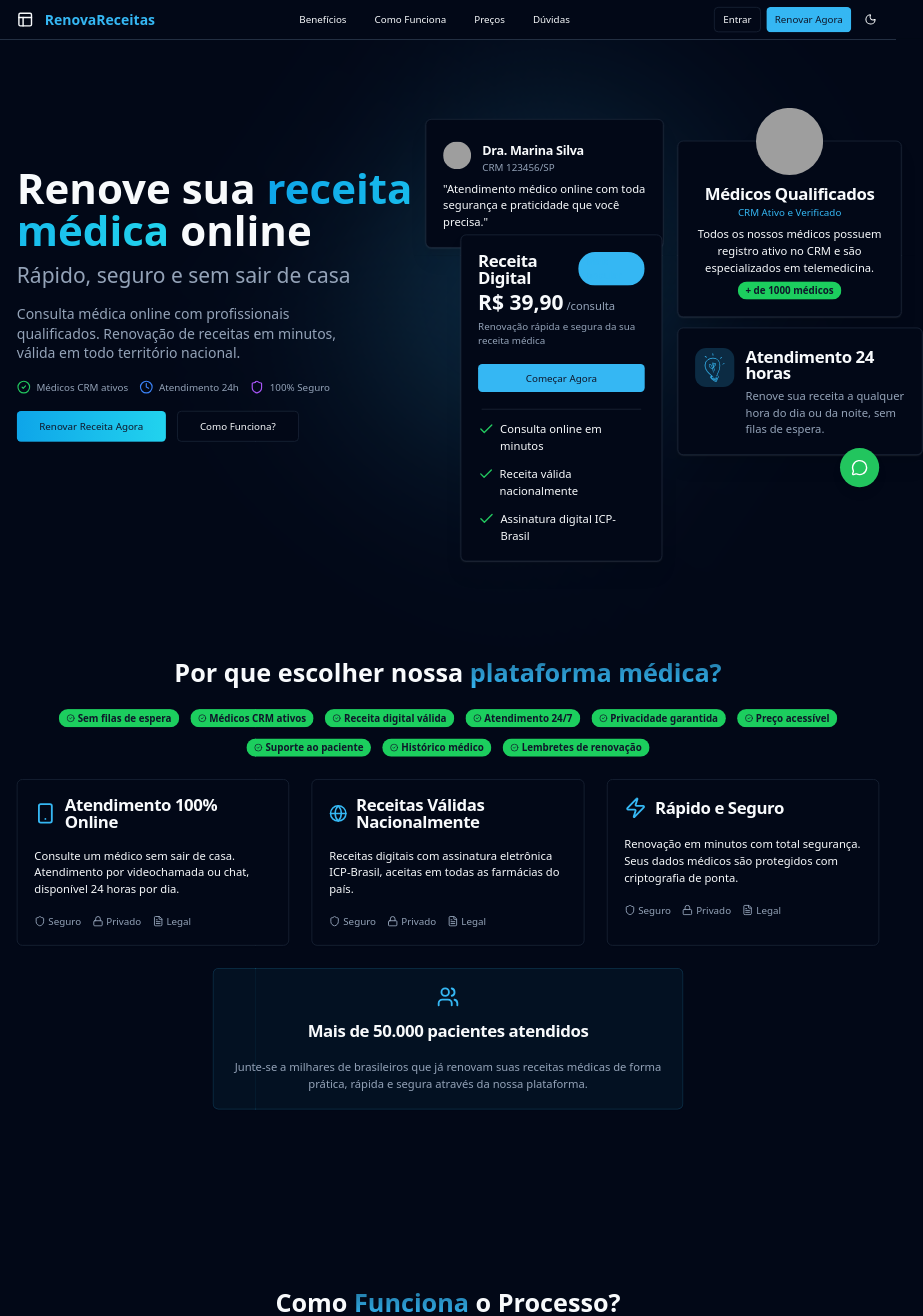
Repository: xoiurp/saude-digital
Page: /
These files come from the project's save history. The page is drawn as it stood at one moment and after a run of saves; the edit follows.
The browser window is 1280 px wide. The page is 1318 px wide, then 1280 px, then 1318 px, so the pictures cover 1318 px, including what lies to the right of the window. The pictures show the part of the page from y = 0 to 1880 px (the page is 7813 px tall before and 720 px after), at 70% of full size.
Pictures or frames that could not be fetched are drawn as grey boxes. The project was rebuilt for these pictures with package versions that can differ from the ones it lists, and the page was loaded fresh each time. Also part of the build but not shown: vite.config.ts.

Above is the page before, as saved 2025-09-09 15:44:19.

After the next 2 saves:
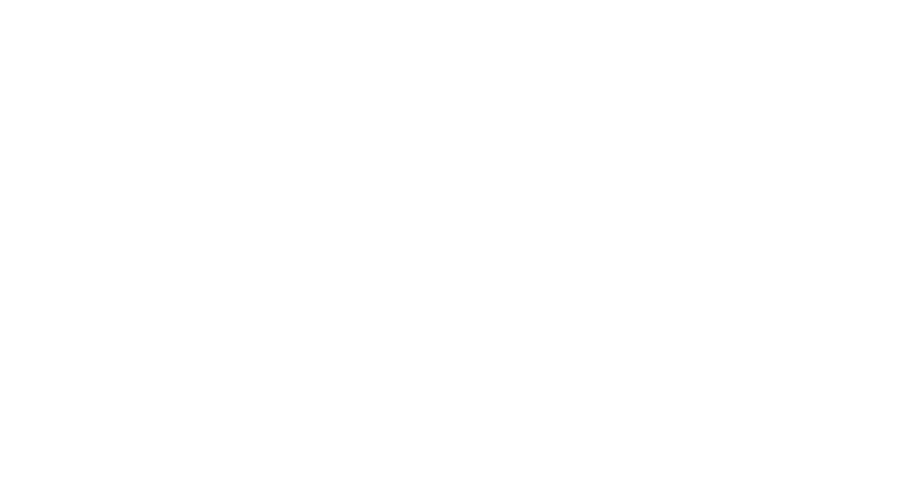
Console error: ReferenceError: LogoIcon is not defined
The 2 saves are shown as one change because 1 did not build or start.
The last was saved 75 s later.
--- a/src/components/Navbar.tsx
+++ b/src/components/Navbar.tsx
@@ -15,7 +15,7 @@
 import { Button, buttonVariants } from "./ui/button";
 import { Menu } from "lucide-react";
 import { ModeToggle } from "./mode-toggle";
-import { LogoIcon } from "./Icons";
+import { Logo } from "./src/assets/Logo.svg";
 
 interface RouteProps {
   href: string;

After the save that followed:
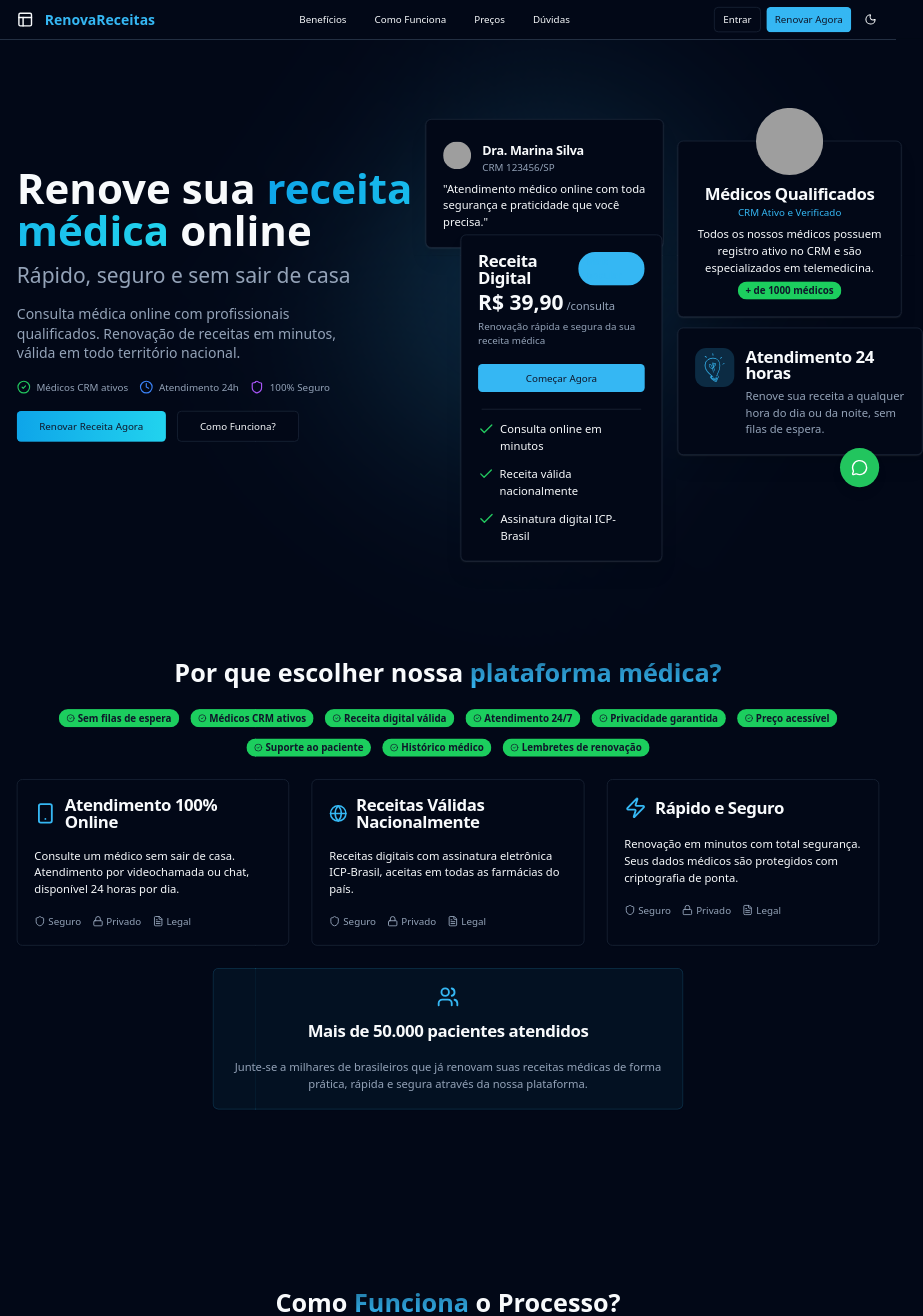
The error is gone.
Saved 12 s later.
--- a/src/components/Navbar.tsx
+++ b/src/components/Navbar.tsx
@@ -15,7 +15,7 @@
 import { Button, buttonVariants } from "./ui/button";
 import { Menu } from "lucide-react";
 import { ModeToggle } from "./mode-toggle";
-import { Logo } from "./src/assets/Logo.svg";
+import { LogoIcon } from "./Icons";
 
 interface RouteProps {
   href: string;
